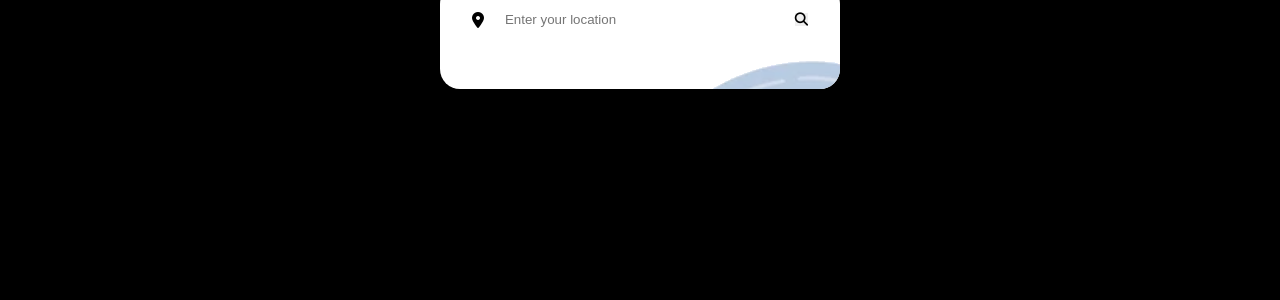
Repository: Pr1s0n3r627/weather
Page: index.html
These files come from the project's save history. The page is drawn as it stood at one moment and after the next save; the edit follows.
The browser window is 1280 px wide. The pictures show the whole page.
Some web libraries are served in a nearby version.

Above is the page before, as saved 2024-05-18 22:58:15.
Not found: index.js

After the next save:
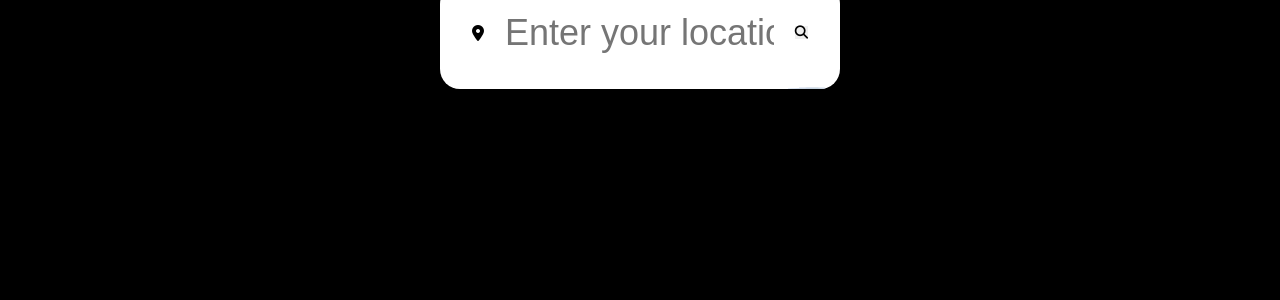
Saved 12 s later.
--- a/style.css
+++ b/style.css
@@ -37,4 +37,5 @@ body{
 .search-box input{
     color: #333;
     width: 80%;
+    font-size: 36px;
 }
